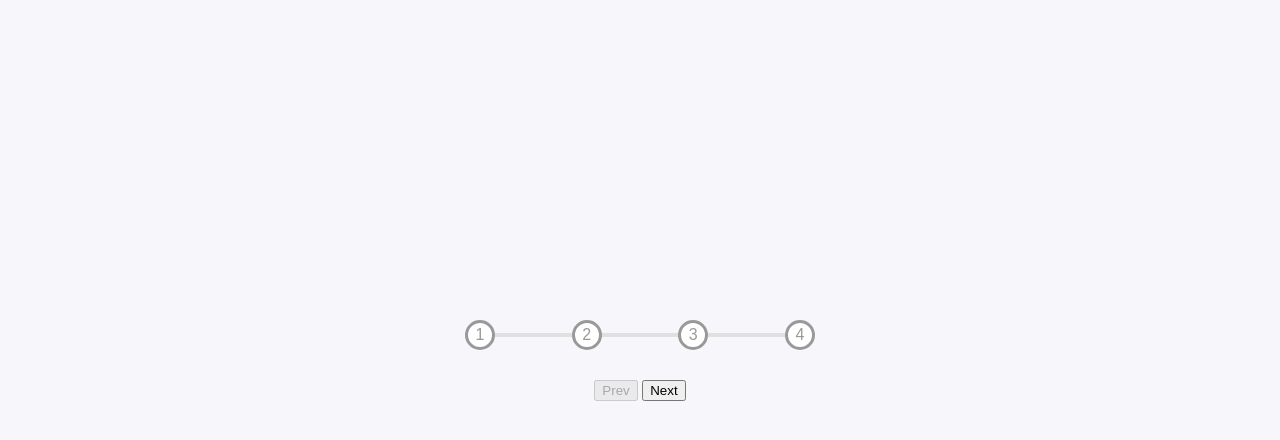
Repository: thecoachanna/progress-step-bar
Page: index.html
An editor plug-in stored every save of this project. The page is shown before and after the next save, followed by the edit.
The browser window is 1280 px wide. The pictures show the whole page.
Some web fonts or font styles are not loaded; a fallback is used.

Above is the page before, as saved 2023-02-15 16:08:58.

### index.html
<!DOCTYPE html>
<html lang="en">
<head>
    <meta charset="UTF-8">
    <meta http-equiv="X-UA-Compatible" content="IE=edge">
    <meta name="viewport" content="width=device-width, initial-scale=1.0">
    <link rel="stylesheet" href="style.css">
    <title>Progress Steps</title>
</head>
<body>
    <div class="container">
        <div class="progress-container">
            <div class="progress" id="progress"></div>
            <div class="circle active">1</div>
            <div class="circle">2</div>
            <div class="circle">3</div>
            <div class="circle">4</div>
        </div>
        <button class="btn" id="prev" disabled>Prev</button>
        <button class="btn" id="next">Next</button>
    </div>


    <script src="script.js"></script>
</body>
</html>

### style.css
@import url('https://fonts.googleapis.com/css?family=Muli&display=swap');


* {
    box-sizing: border-box;
}

body {
    background-color: #f6f6fb;
    font-family: 'Muli', sans-serif;
    display: flex;
    align-items: center;
    justify-content: center;
    height: 100vh;
    overflow: hidden;
    margin: 0;
}

.container {
    text-align: center;
}

.progress-container {
    display: flex;
    justify-content: space-between;
    position: relative;
    margin-bottom: 30px;
    max-width: 100%;
    width: 350px;
}

.progress-container::before {
    content: '';
    background-color: #e0e0e0;
    position: absolute;
    top: 50%;
    left: 0;
    transform: translateY(-50%);
    height: 4px;
    width: 100%;
    z-index: -1;
}

.circle {
    background-color: white;
    color: #999;
    border-radius: 50%;
    height: 30px;
    width: 30px;
    display: flex;
    align-items: center;
    justify-content: center;
    border: 3px solid ;
}

.progress {
    background-color: #3498db;
    position: absolute;
    top: 50%;
    left: 0;
    transform: translateY(-50%);
    height: 4px;
    width: 0%;
    z-index: -1;
    transition: 0.4s ease;
}

Loaded but not shown: script.js (no copy from this time; the picture is the same without it)

After the next save:
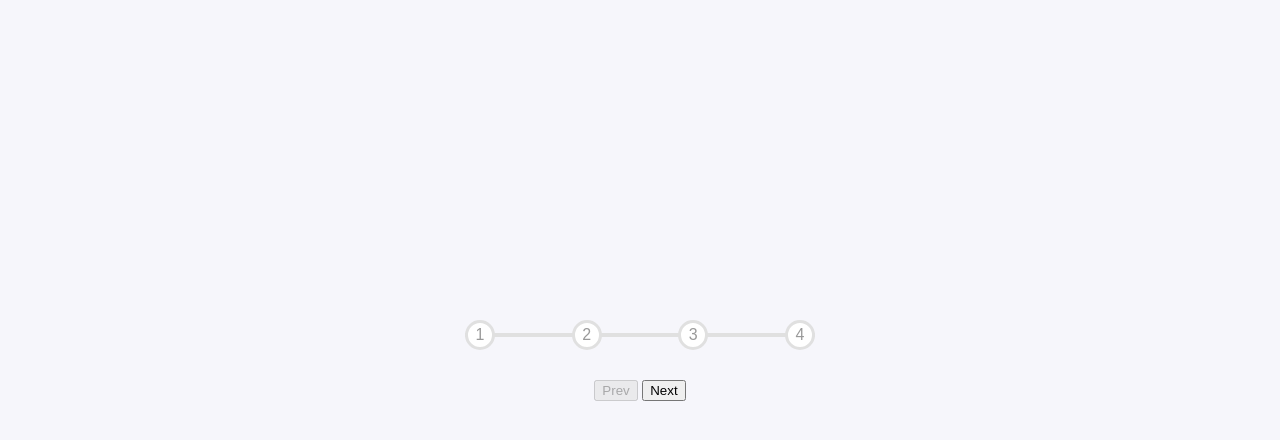
Saved 18 s later.
--- a/style.css
+++ b/style.css
@@ -50,7 +50,7 @@
     display: flex;
     align-items: center;
     justify-content: center;
-    border: 3px solid ;
+    border: 3px solid #e0e0e0;
 }
 
 .progress {
